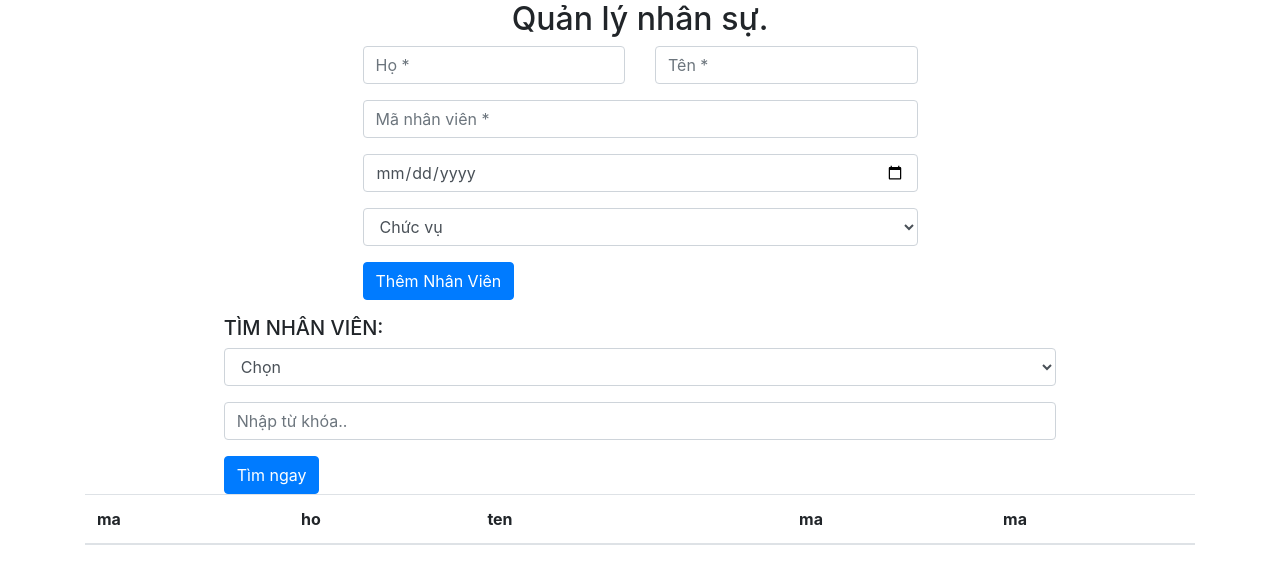
Repository: dovanthao2404/quanlynhanvien
Page: index.html
The author's editor kept a copy of each file at every save. The page is drawn from the files as they stood at one save, then again after the next save.
The browser window is 1280 px wide. The pictures show the whole page.

Above is the page before, as saved 2021-06-30 15:50:26.

After the next save:
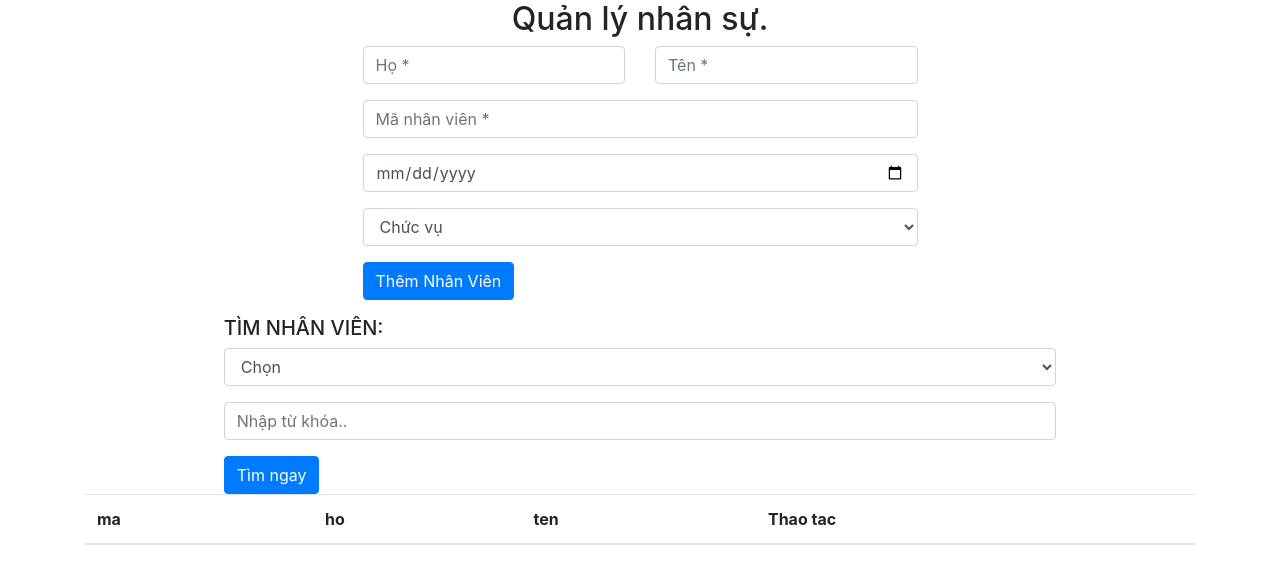
Saved 10 s later.
--- a/index.html
+++ b/index.html
@@ -99,9 +99,7 @@
           <th>ma</th>
           <th>ho</th>
           <th>ten</th>
-          <th></th>
-          <th>ma</th>
-          <th>ma</th>
+          <th>Thao tac</th>
         </thead>
         <tbody id="thetBody">
 
